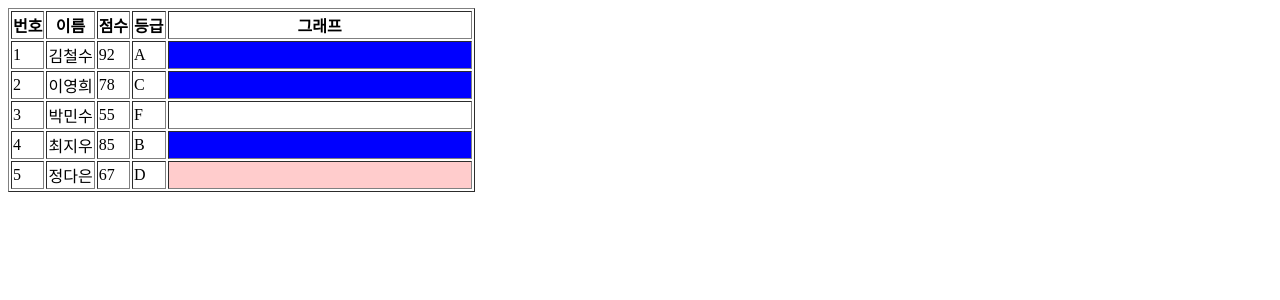
Repository: kkj68106810-dot/jsp2026
Page: http://localhost/chapter01/example_score.jsp
The author's editor kept a copy of each file at every save. The page is drawn from the files as they stood at one save, then again after the next save.
The browser window is 1280 px wide. The pictures show the whole page.
The page is served by Tomcat 9.

Above is the page before, as saved 2026-10-16 05:13:01.

### chapter01/src/main/webapp/example_score.jsp
<%@ page language="java" contentType="text/html; charset=UTF-8"
    pageEncoding="UTF-8" import="java.util.*" %>
<!DOCTYPE html>
<html>
<head>
<meta charset="UTF-8">
<title>Insert title here</title>
<style>
	tr td{

	}
	.score.A{
		width: 100%;
		height: 60%;
		background-color: blue;
	}
	.score.B{
		width: 90%;
		height: 60%;
		background-color: blue;
	}
	.score.C{
		width: 80%;
		height: 60%;
		background-color: blue;
	}
	.score.D{
		width: 70%;
		height: 60%;
		background-color: blue;
	}
	.score.D{
		width: 60%;
		height: 60%;
		background-color: #ffcccc;
	}
</style>

</head>
<body>
	<%!
		String[] names= {"김철수", "이영희", "박민수", "최지우", "정다은"};
		int[] scores = {92, 78, 55, 85, 67};

		private String getGrade(int score) {
			String resultGrade = "F";
			System.out.println(score);
			for(int i = 0; i < scores.length; i++) {
				if(score >= 90) {
					resultGrade = "A";
				} else if (score >= 80) {
					resultGrade = "B";
				} else if (score >= 70) {
					resultGrade = "C";
				} else if (score >= 60) {
					resultGrade = "D";
				}
			}
			return resultGrade;
		}
	%>
	<table border="1">
		<tr>
			<th>번호</th>
			<th>이름</th>
			<th>점수</th>
			<th>등급</th>
			<th>그래프</th>
		</tr>
		<% for(int j = 0 ; j < names.length; j++) { %>
		<tr>

			<td><%=j+1%></td>
			<td><%=names[j]%></td>
			<td><%=scores[j]%></td>
			<td><%=getGrade(scores[j]) %></td>
			<td style="width:300px" class="score <%=getGrade(scores[j])%> ">


			</td>

		</tr>
		<% } %>

	</table>
</body>
</html>

After the next save:
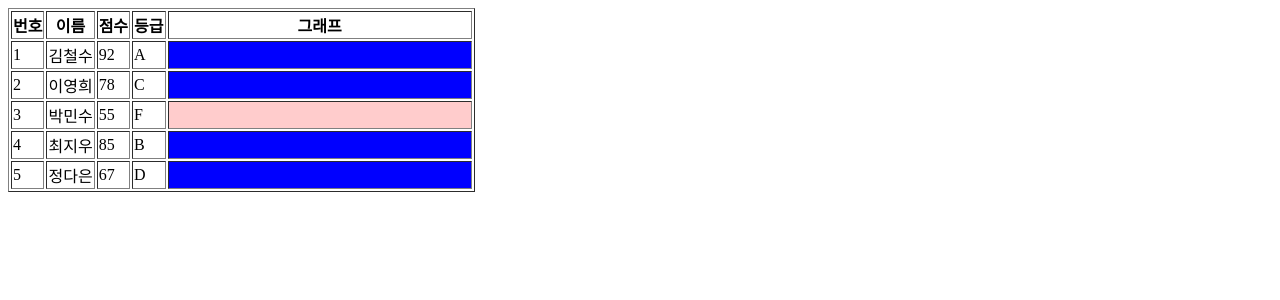
Saved 6 s later.
--- a/chapter01/src/main/webapp/example_score.jsp
+++ b/chapter01/src/main/webapp/example_score.jsp
@@ -29,7 +29,7 @@
 		height: 60%;
 		background-color: blue;
 	}
-	.score.D{
+	.score.F{
 		width: 60%;
 		height: 60%;
 		background-color: #ffcccc;
